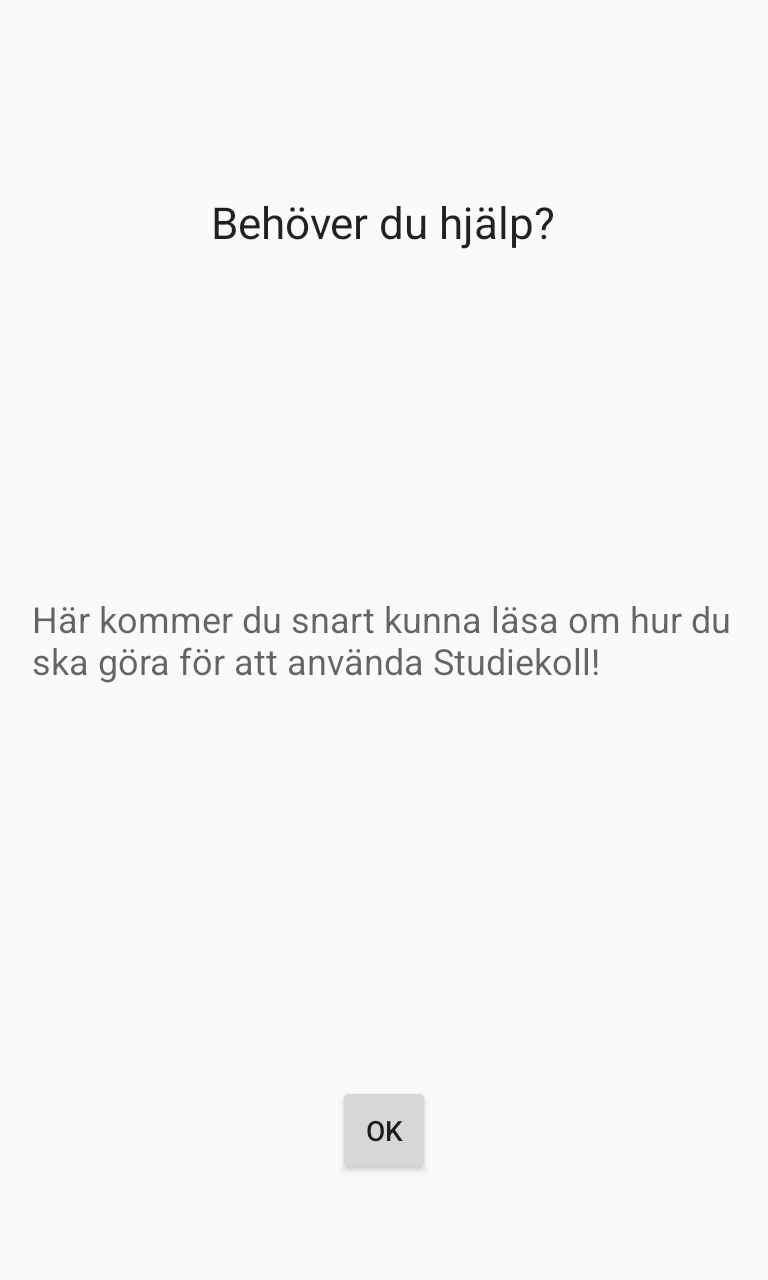
Repository: Dinova/Studiekoll
Layout: Studiekoll/Studiekoll/res/layout/fragment_help.xml
The author's editor kept a copy of each file at every save. The layout is drawn from the files as they stood at one save, then again after the next save.
It is drawn on a 768 x 1280 px phone screen (xhdpi) without system bars, with theme AppTheme; the app's code is not run.

Above is the layout before, as saved 2014-05-16 08:05:06.

After the next save:
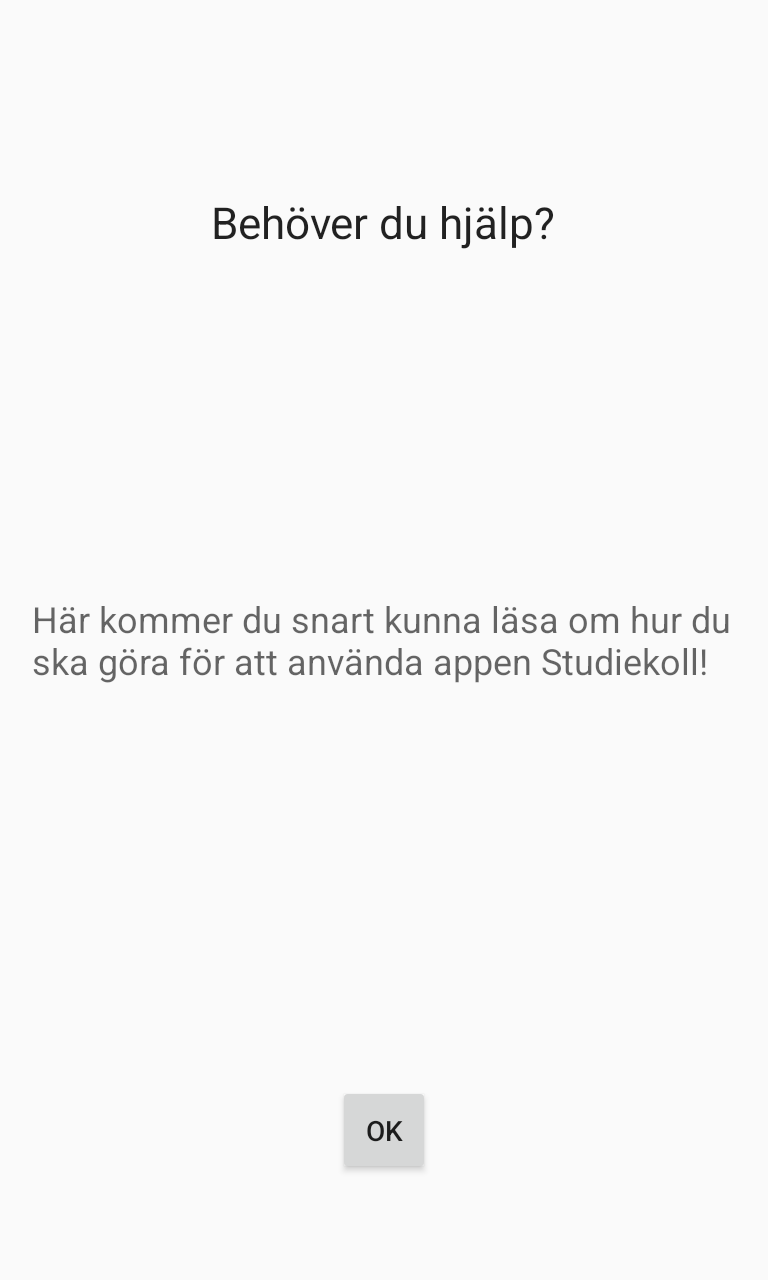
Saved 16 s later.
--- a/Studiekoll/Studiekoll/res/layout/fragment_help.xml
+++ b/Studiekoll/Studiekoll/res/layout/fragment_help.xml
@@ -35,7 +35,7 @@
         android:layout_height="wrap_content"
         android:layout_centerHorizontal="true"
         android:layout_centerVertical="true"
-        android:text="Här kommer du snart kunna läsa om hur du ska göra för att använda Studiekoll!"
+        android:text="Här kommer du snart kunna läsa om hur du ska göra för att använda appen Studiekoll!"
         android:textAppearance="?android:attr/textAppearanceMedium" />
 
 </RelativeLayout>
